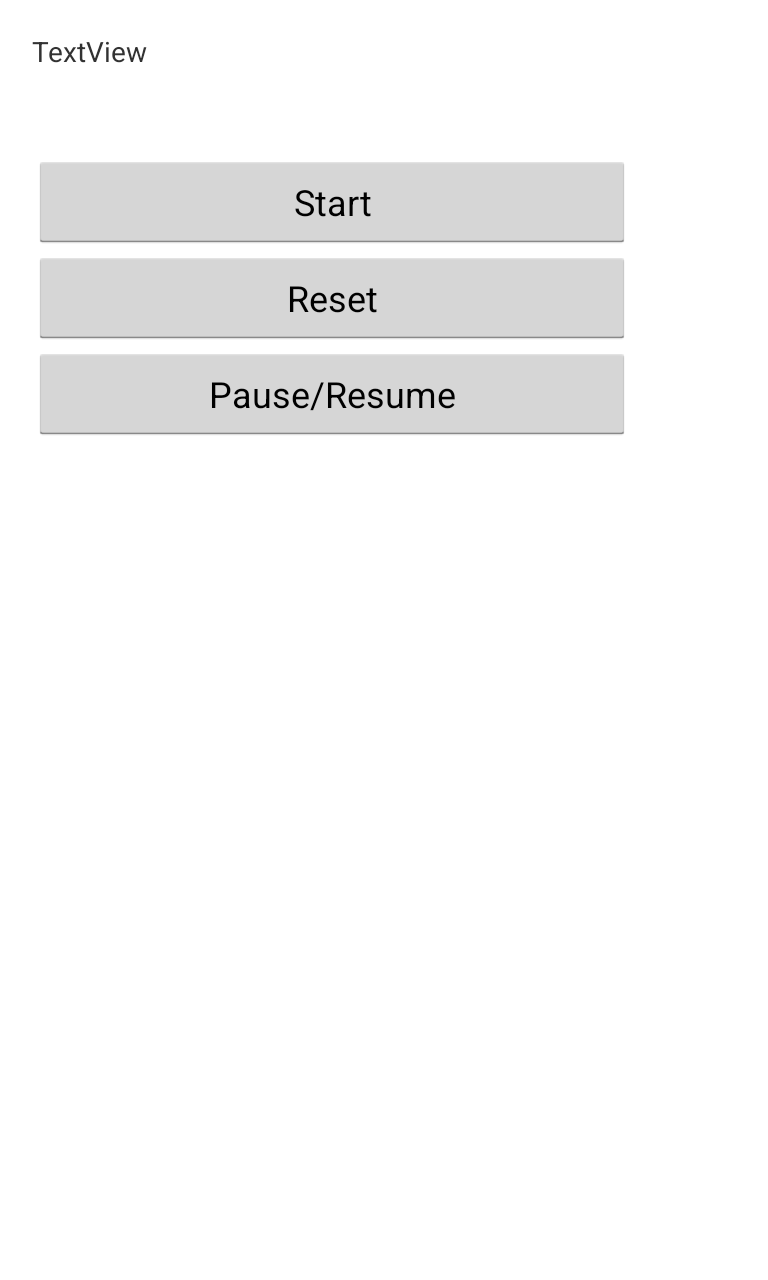
Repository: rjauquet/Android-ECE454
Layout: StopWatch/res/layout/activity_main.xml
An editor plug-in stored every save of this project. The layout is shown before and after the next save, followed by the edit.
It is drawn on a 768 x 1280 px phone screen (xhdpi) without system bars, with theme AppTheme; the app's code is not run.

Above is the layout before, as saved 2013-09-06 03:42:40.

After the next save:
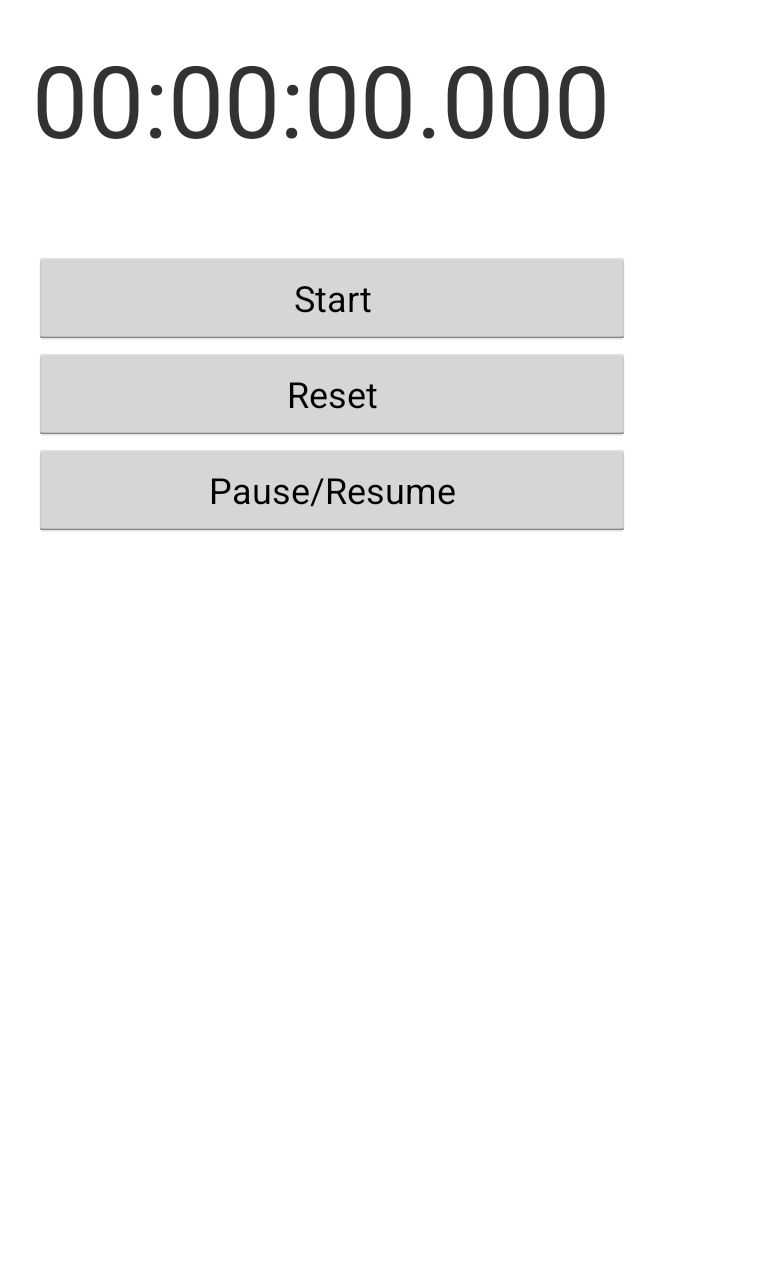
Saved 86 s later.
--- a/StopWatch/res/layout/activity_main.xml
+++ b/StopWatch/res/layout/activity_main.xml
@@ -13,7 +13,8 @@
         android:layout_width="wrap_content"
         android:layout_height="wrap_content"
         android:layout_weight="0.03"
-        android:text="TextView" />
+        android:text="00:00:00.000"
+        android:textSize="50dp" />
 
     <Button
         android:id="@+id/start"
